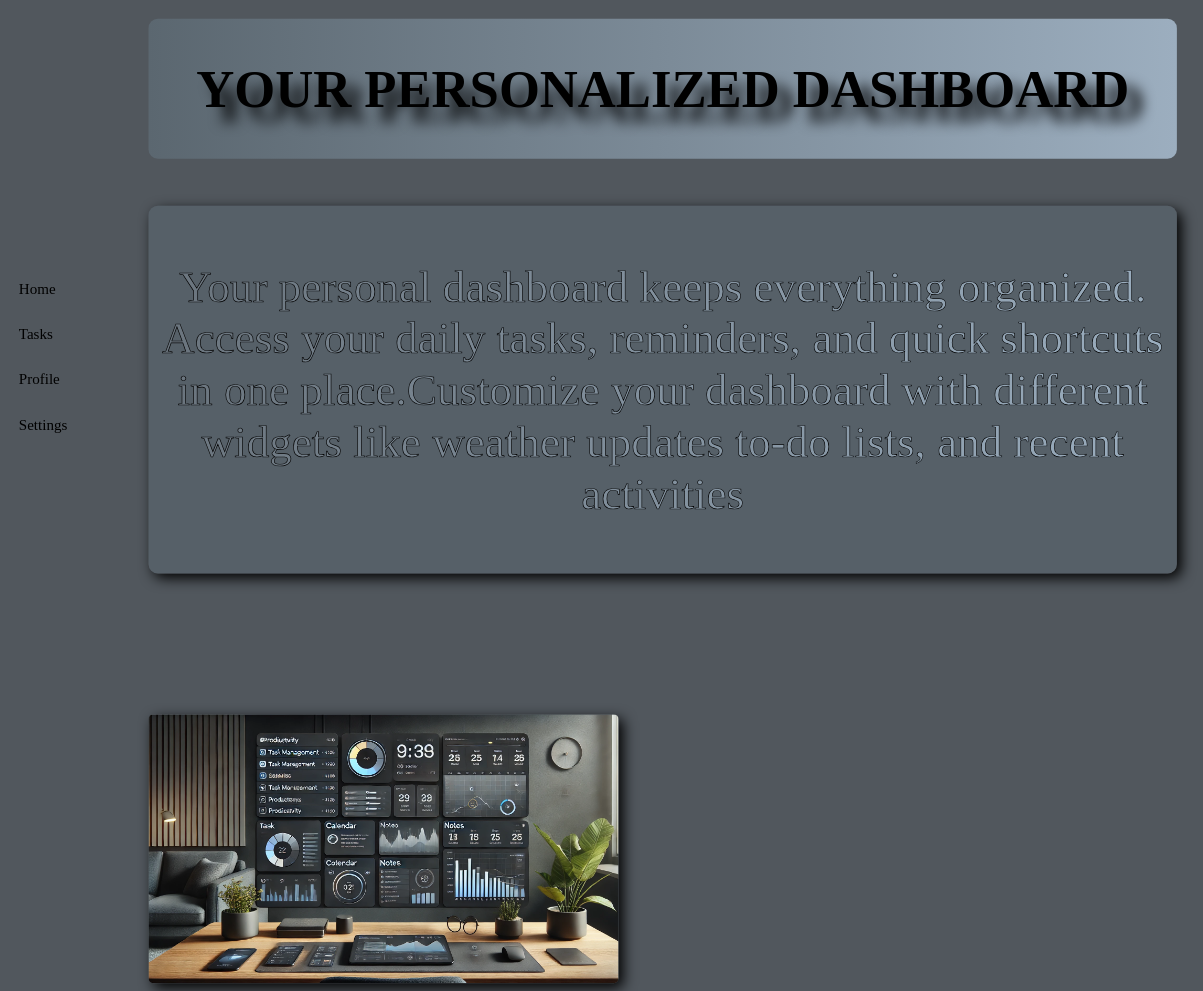
Repository: Parnicoza/testecomplete
Page: testcomplet-14.html
An editor plug-in stored every save of this project. The page is shown before and after the next save, followed by the edit.
The browser window is 1280 px wide. The pictures show the whole page, at 94% of full size.

Above is the page before, as saved 2025-02-26 18:16:15.

After the next save:
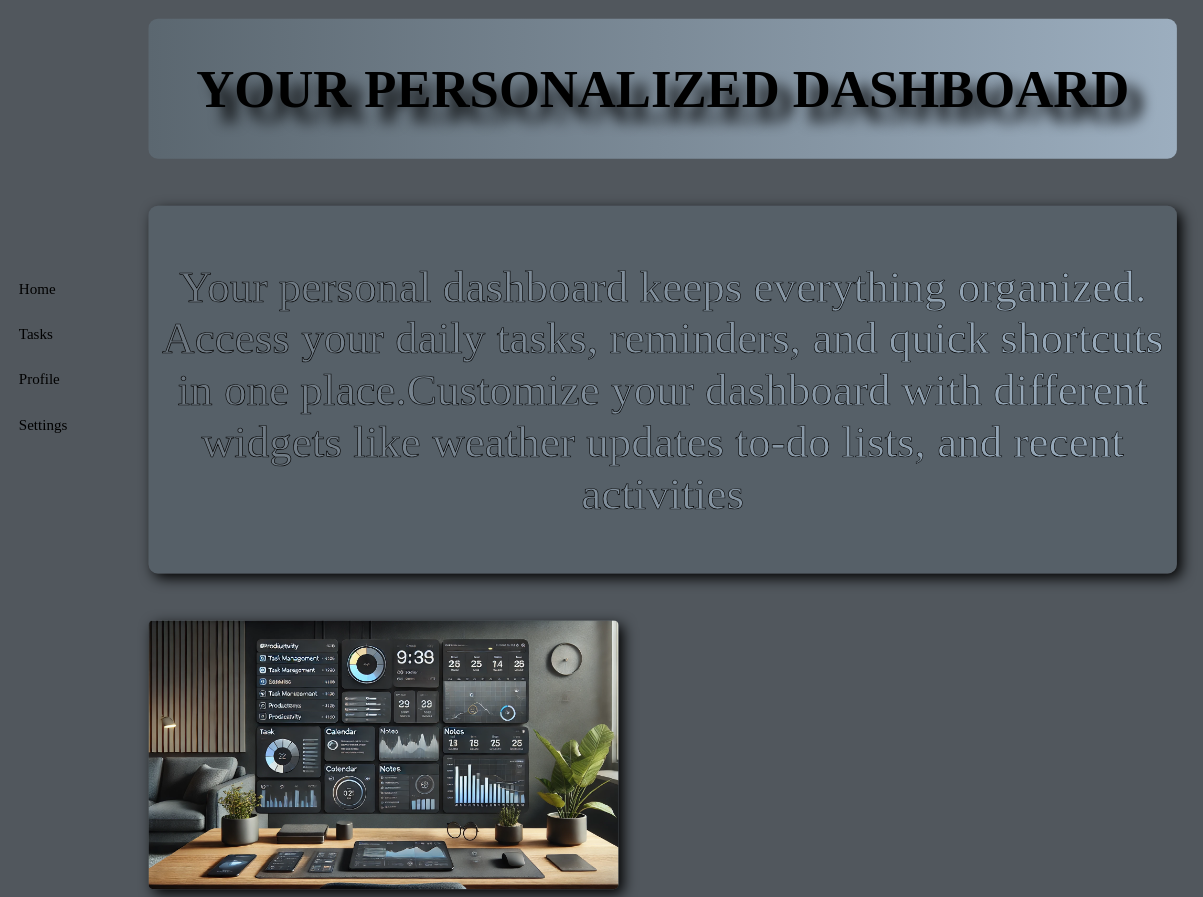
Saved 12 s later.
--- a/stilizaretestcomplet-14.css
+++ b/stilizaretestcomplet-14.css
@@ -59,7 +59,7 @@ body{
     display: block;
     margin: 0 auto;
     margin-left: 150px;
-    margin-top: 150px;
+    margin-top: 50px;
 }
 
 .picture{
